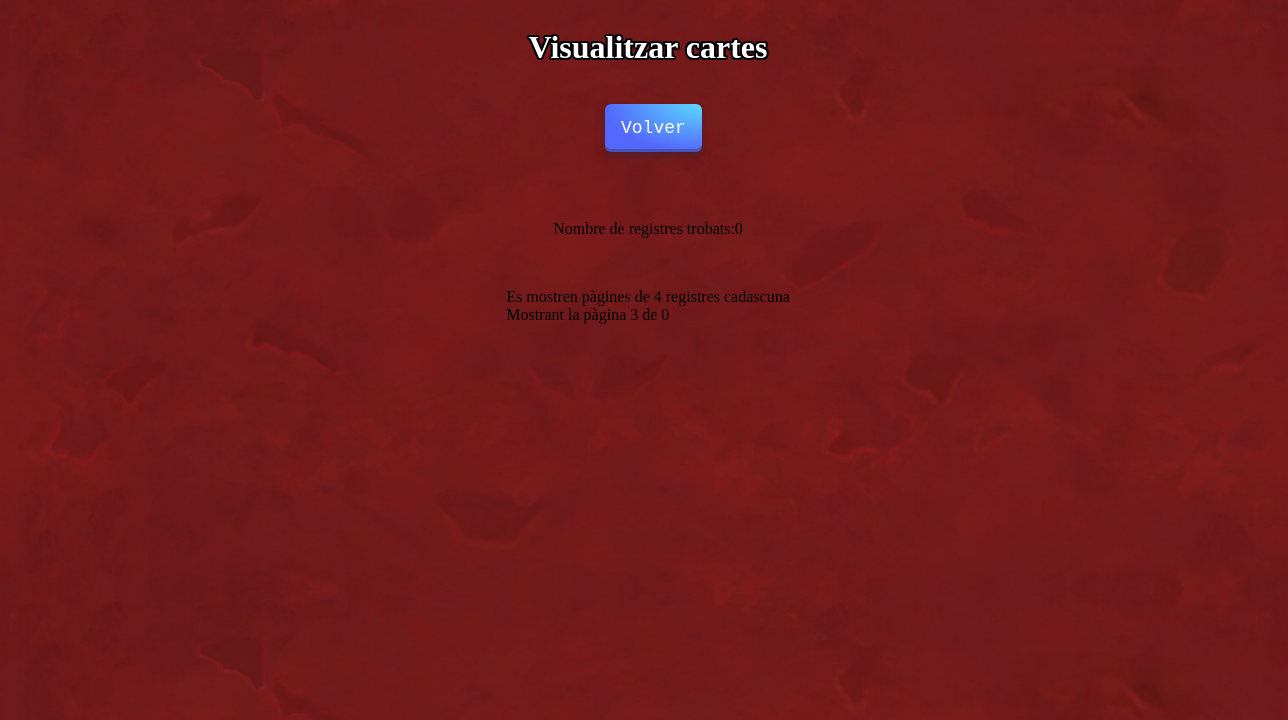
Repository: azumay/Juego-Cartas-RPG
Page: http://localhost/Prueba/verCartas.jsp
An editor plug-in stored every save of this project. The page is shown before and after a run of saves, followed by the edit.
The browser window is 1280 px wide. The page is 1288 px wide, so the pictures cover 1288 px, including what lies to the right of the window. The pictures show the whole page.
The page is served by Tomcat 9. Queries for data that is not in the repository find no rows.

Above is the page before, as saved 2022-02-20 18:01:17.

### Prueba/src/main/webapp/verCartas.jsp
<%@ page import="java.util.Arrays,java.util.List"%>
<%@ page import="java.sql.*" %>
<%@ page language="java" contentType="text/html; charset=UTF-8" pageEncoding="UTF-8"%>
<!DOCTYPE html>
<html>
<head>
<link rel="icon" type="image/x-icon" href="img/orco.ico">
<meta charset="US-ASCII">
<link rel="stylesheet" href="Estilos/estilosCartaRandom.css">
<title>Rpg Card Generator</title>

</head>
<h1 class="titol">Visualitzar cartes</h1>
 <ul class="breadcrumb">
 <a href='index.jsp'>
  <button class="button-29" role="button">Volver</button>
  </a>

</ul>
<br><br>
<%//  variables per fer la connexio:
	 String user="m8";
	String password="yamuza";
	String host="localhost";
	String db = "cartas_m8";
	String url = "jdbc:mysql://"+host+"/"+db;
	Connection conn = null;
	Statement statement = null;
	Statement num_registres=null;
	ResultSet rs = null;
	ResultSet num_reg=null;
	int inicio;

	//Limito la busqueda
	int TAMANO_PAGINA = 4;

	//examino la página a mostrar y el inicio del registro a mostrar
	String pag = request.getParameter("pagina");
	int pagina=3;
	if (pagina==0) {
	   	inicio = 0;
	    pagina=1;
	}
	else {
	    inicio = (pagina - 1) * TAMANO_PAGINA;
	}

	/**
	//miro a ver el número total de campos que hay en la tabla con esa búsqueda
**/
Class.forName("com.mysql.jdbc.Driver").newInstance ();
conn = DriverManager.getConnection(url, user, password);
num_registres = conn.createStatement();
//inmediatamente hacemos una consulta sencilla
//creamos la consulta
num_reg = num_registres.executeQuery("SELECT * FROM Cartas;");
int num_total_registros=0;
while(num_reg.next()) {
	num_total_registros++;
}

//calculo el total de páginas
int total_paginas = (int)Math.ceil(((double)num_total_registros/ TAMANO_PAGINA));

//pongo el número de registros total, el tamaño de página y la página que se muestra

out.print("<p class='resultado'>Nombre de registres trobats:"+num_total_registros+"<p><br>");
out.print("Es mostren pàgines de "+TAMANO_PAGINA+" registres cadascuna<br>");
out.print("Mostrant la pàgina "+pagina+" de "+total_paginas+"<p><br>");




//out.print("<a href=VisualitzarCartes.jsp?pagina=2>"+2+"</a> ");
if (total_paginas > 1){
    for (int i=1;i<=total_paginas;i++){
       if (pagina == i)
          //si muestro el índice de la página actual, no coloco enlace
          out.print(pagina);
       else
          //si el índice no corresponde con la página mostrada actualmente, coloco el enlace para ir a esa página
          out.print(" <a href=VisualitzarCartes.jsp?pagina="+i+">"+i+"</a> ");
    }
}
out.print("<br><br>");
try{

	Class.forName("com.mysql.jdbc.Driver").newInstance ();
	conn = DriverManager.getConnection(url, user, password);
	statement = conn.createStatement();
	//inmediatamente hacemos una consulta sencilla
	//creamos la consulta
	String sentence="SELECT * from Carta limit "+inicio+","+TAMANO_PAGINA;
	rs = statement.executeQuery(sentence);
	//leemos la consulta
	while(rs.next()) {
	//mostramos los resultados obtenidos
	//out.println(rs.getString("ID_carta"));
	//String nom=request.getParameter("nom");
	out.print(rs.getString("NOM_carta"));%>

	<br>
	race:<%out.print(rs.getString("RACE_carta")); %><br>
	FUE:<%out.print(rs.getString("FUE_carta")); %><br>
	DES:<%out.print(rs.getString("DES_carta")); %><br>
	CON:<%out.print(rs.getString("CON_carta")); %><br>
	INT:<%out.print(rs.getString("INT_carta")); %><br>
	SAB:<%out.print(rs.getString("SAB_carta")); %><br>
	CAR:<%out.print(rs.getString("CAR_carta")); %><br>
	PV:<%out.print(rs.getString("PV_carta")); %><br>
	<table width="<%out.print(rs.getString("PV_carta")); %>" bgcolor="red"><tr><td></td></tr></table>
	PM:<%out.print(rs.getString("PM_carta")); %><br>
	<table width="<%out.print(rs.getString("PM_carta")); %>" bgcolor="blue"><tr><td></td></tr></table>
	<br>
	<img src="img/<%out.print(rs.getString("PIC_carta")); %>.png" height="100" width="80">
	<br>
<%
	}
	//cerramos la conexión
	rs.close();
	}catch(SQLException error) {
	out.print("Error de Conexión : "+error.toString());
	}



	%>

### Prueba/src/main/webapp/Estilos/estilosCartaRandom.css
@charset "UTF-8";

/* ESTILOS VERCARTAS.JSP */
.titol{
	color: rgb(255, 255, 255);
	text-shadow: rgb(0, 0, 0) 2px 0px 0px, rgb(0, 0, 0) 1.75517px 0.95885px
		0px, rgb(0, 0, 0) 1.0806px 1.68294px 0px, rgb(0, 0, 0) 0.14147px
		1.99499px 0px, rgb(0, 0, 0) -0.83229px 1.81859px 0px, rgb(0, 0, 0)
		-1.60229px 1.19694px 0px, rgb(0, 0, 0) -1.97998px 0.28224px 0px,
		rgb(0, 0, 0) -1.87291px -0.70157px 0px, rgb(0, 0, 0) -1.30729px
		-1.5136px 0px, rgb(0, 0, 0) -0.42159px -1.95506px 0px, rgb(0, 0, 0)
		0.56732px -1.91785px 0px, rgb(0, 0, 0) 1.41734px -1.41108px 0px,
		rgb(0, 0, 0) 1.92034px -0.55883px 0px;
}

/* ESTILOS GENERALES */
body {
	background-image: url("../img/fondo-creacion-cartas.jpg");
	background-size: cover;
	display: flex;
	-moz-box-pack: start;
	justify-content: flex-start;
	flex-direction: column;
	-moz-box-align: center;
	align-items: center;
	position: relative;
	padding-bottom: 125px;
	width: 100%;
	overflow: hidden;
}
/* ESTILOS CASRTARANDOM.JSP */
.demo {
	border: 1px solid #C0C0C0;
	border-collapse: collapse;
	padding: 5px;
	background-color: white;
}

.demo th {
	border: 1px solid #C0C0C0;
	padding: 25px;
	background: #F0F0F0;
}

.demo td {
	border: 1px solid #C0C0C0;
	padding: 5px;
	padding: 25px;
}

a {
	margin-right: 30px;
}
.botones-control{
	margin: 0px 40px 10px 0px;
}
.copy{
	color: rgb(255, 255, 255);
	text-shadow: rgb(0, 0, 0) 2px 0px 0px, rgb(0, 0, 0) 1.75517px 0.95885px
		0px, rgb(0, 0, 0) 1.0806px 1.68294px 0px, rgb(0, 0, 0) 0.14147px
		1.99499px 0px, rgb(0, 0, 0) -0.83229px 1.81859px 0px, rgb(0, 0, 0)
		-1.60229px 1.19694px 0px, rgb(0, 0, 0) -1.97998px 0.28224px 0px,
		rgb(0, 0, 0) -1.87291px -0.70157px 0px, rgb(0, 0, 0) -1.30729px
		-1.5136px 0px, rgb(0, 0, 0) -0.42159px -1.95506px 0px, rgb(0, 0, 0)
		0.56732px -1.91785px 0px, rgb(0, 0, 0) 1.41734px -1.41108px 0px,
		rgb(0, 0, 0) 1.92034px -0.55883px 0px;
}
.titulo-cabecera h2 {
	color: rgb(255, 255, 255);
	text-shadow: rgb(0, 0, 0) 2px 0px 0px, rgb(0, 0, 0) 1.75517px 0.95885px
		0px, rgb(0, 0, 0) 1.0806px 1.68294px 0px, rgb(0, 0, 0) 0.14147px
		1.99499px 0px, rgb(0, 0, 0) -0.83229px 1.81859px 0px, rgb(0, 0, 0)
		-1.60229px 1.19694px 0px, rgb(0, 0, 0) -1.97998px 0.28224px 0px,
		rgb(0, 0, 0) -1.87291px -0.70157px 0px, rgb(0, 0, 0) -1.30729px
		-1.5136px 0px, rgb(0, 0, 0) -0.42159px -1.95506px 0px, rgb(0, 0, 0)
		0.56732px -1.91785px 0px, rgb(0, 0, 0) 1.41734px -1.41108px 0px,
		rgb(0, 0, 0) 1.92034px -0.55883px 0px;
	position: relative;
	z-index: 1;
	width: 100%;
	margin-top: 35px;
}

.titulo-cabecera {
	margin: 10px 0 55px;
    width: 550px;
    position: relative;
    text-align: center;
    display: flex;
    -moz-box-pack: center;
    justify-content: center;
    -moz-box-align: center;
    align-items: center;
    z-index: 1;
}

.titulo-cabecera img {
	position: absolute;
	top: 0px;
	left: 0px;
	width: 100%;
	max-width: 100%;
}
/* CSS BOTONES */

a:link, a:visited, a:active {
    text-decoration:none;
}
.button-29 {
	align-items: center;
	appearance: none;
	background-image: radial-gradient(100% 100% at 100% 0, #5adaff 0, #5468ff 100%);
	border: 0;
	border-radius: 6px;
	box-shadow: rgba(45, 35, 66, .4) 0 2px 4px, rgba(45, 35, 66, .3) 0 7px
		13px -3px, rgba(58, 65, 111, .5) 0 -3px 0 inset;
	box-sizing: border-box;
	color: #fff;
	cursor: pointer;
	display: inline-flex;
	font-family: "JetBrains Mono", monospace;
	height: 48px;
	justify-content: center;
	line-height: 1;
	list-style: none;
	overflow: hidden;
	padding-left: 16px;
	padding-right: 16px;
	position: relative;
	text-align: left;
	text-decoration: none;
	transition: box-shadow .15s, transform .15s;
	user-select: none;
	-webkit-user-select: none;
	touch-action: manipulation;
	white-space: nowrap;
	will-change: box-shadow, transform;
	font-size: 18px;
}

.button-29:focus {
	box-shadow: #3c4fe0 0 0 0 1.5px inset, rgba(45, 35, 66, .4) 0 2px 4px,
		rgba(45, 35, 66, .3) 0 7px 13px -3px, #3c4fe0 0 -3px 0 inset;
}

.button-29:hover {
	box-shadow: rgba(45, 35, 66, .4) 0 4px 8px, rgba(45, 35, 66, .3) 0 7px
		13px -3px, #3c4fe0 0 -3px 0 inset;
	transform: translateY(-2px);
}

.button-29:active {
	box-shadow: #3c4fe0 0 3px 7px inset;
	transform: translateY(2px);
}

After the next 2 saves:
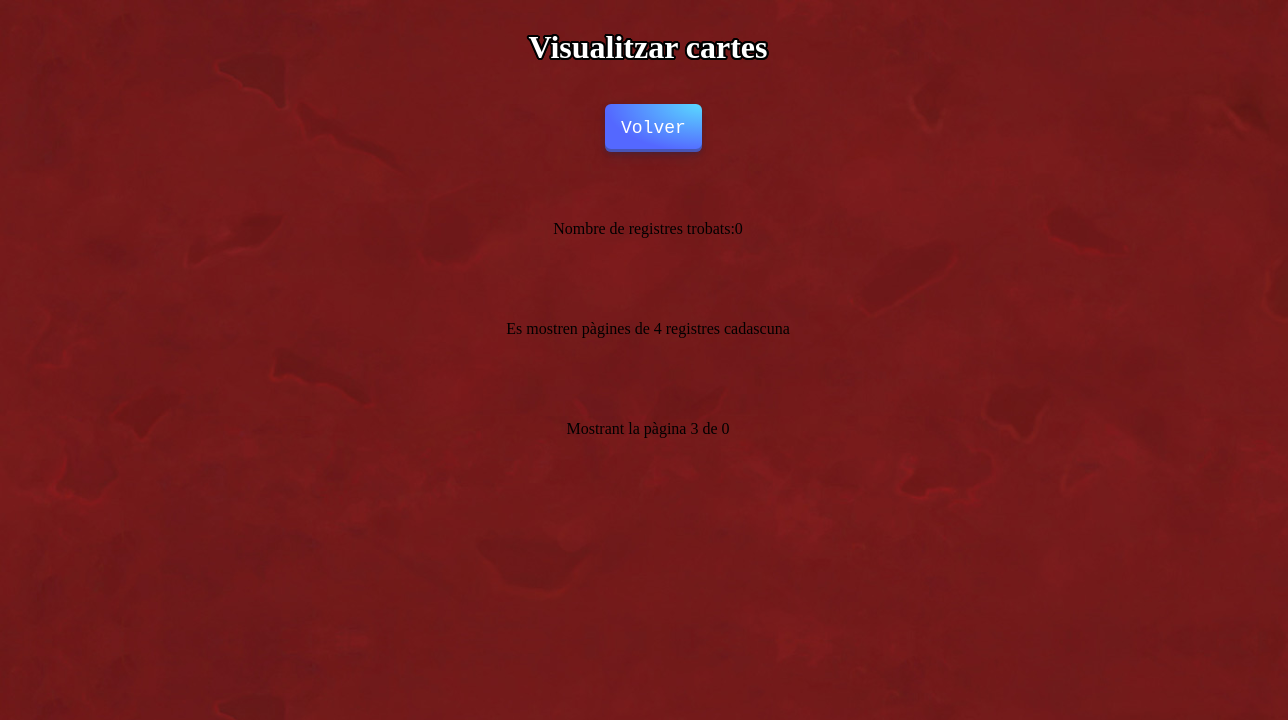
The 2 saves are shown as one change because they came seconds apart.
The last was saved 29 s later.
--- a/Prueba/src/main/webapp/verCartas.jsp
+++ b/Prueba/src/main/webapp/verCartas.jsp
@@ -65,8 +65,8 @@
 //pongo el número de registros total, el tamaño de página y la página que se muestra
 
 out.print("<p class='resultado'>Nombre de registres trobats:"+num_total_registros+"<p><br>");
-out.print("Es mostren pàgines de "+TAMANO_PAGINA+" registres cadascuna<br>");
-out.print("Mostrant la pàgina "+pagina+" de "+total_paginas+"<p><br>");
+out.print("<p class='resultado'>Es mostren pàgines de "+TAMANO_PAGINA+" registres cadascuna<p><br>");
+out.print("<p class='resultado'>Mostrant la pàgina "+pagina+" de "+total_paginas+"</p><br>");
 
 
 
